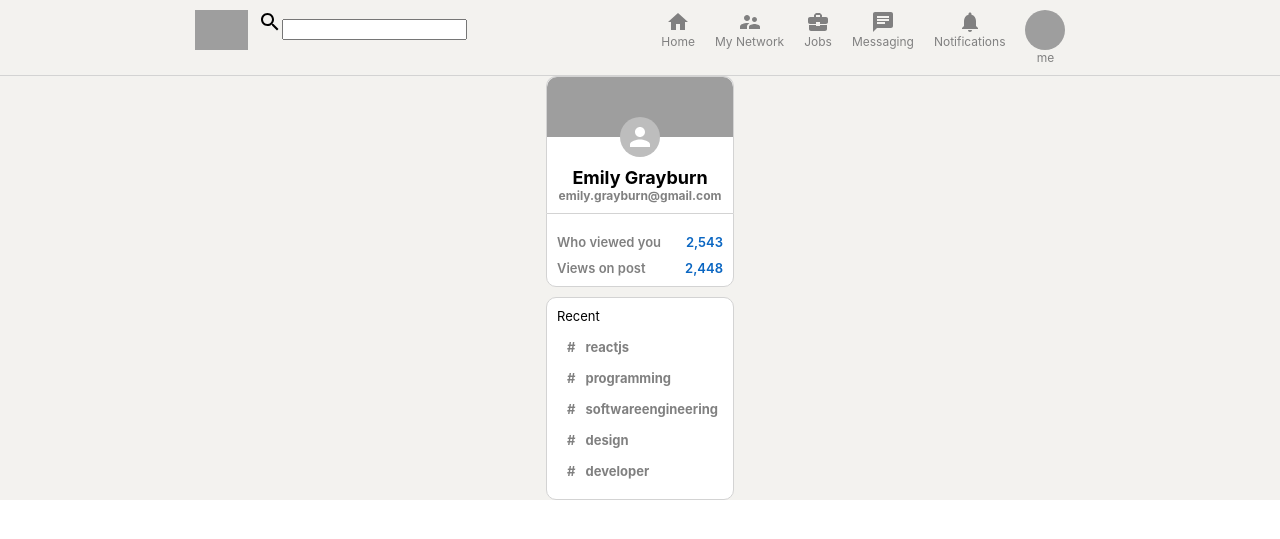
Repository: MEROO1010/linkedIn-clone-
Page: /
These files come from the project's save history. The page is drawn as it stood at one moment and after the next save; the edit follows.
The browser window is 1280 px wide. The pictures show the whole page.
Pictures or frames that could not be fetched are drawn as grey boxes. The project was rebuilt for these pictures with package versions that can differ from the ones it lists, and the page was loaded fresh each time.

Above is the page before, as saved 2023-12-02 10:50:23.

After the next save:
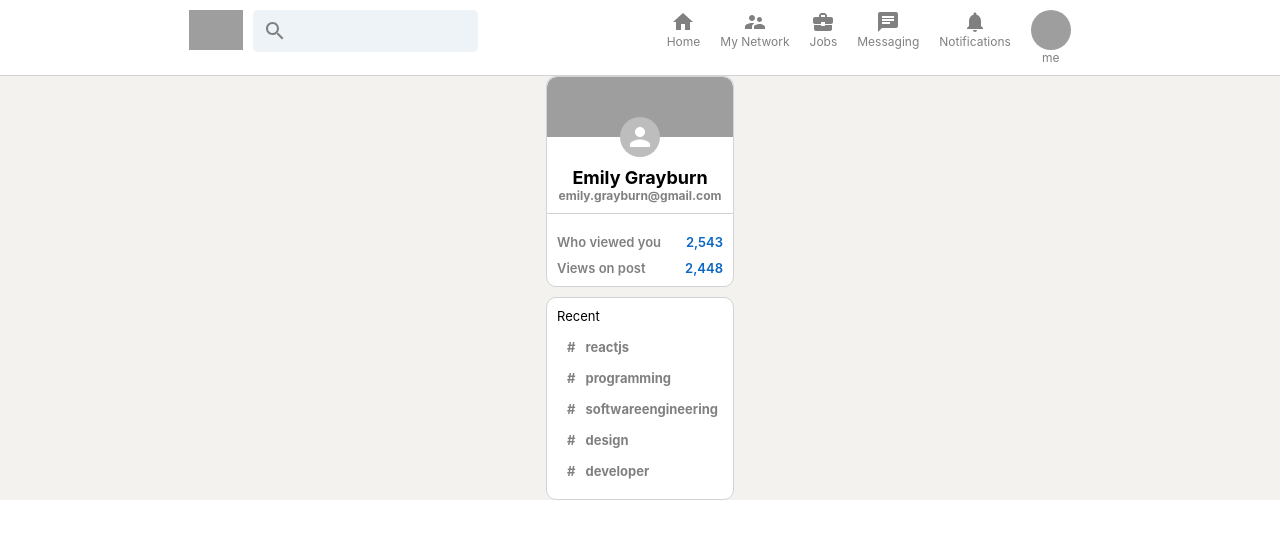
Saved 22 s later.
--- a/src/Header.css
+++ b/src/Header.css
@@ -1,39 +1,40 @@
 .header {
- position: sticky;
- top:0;
- display: flex;
- justify-content: space-evenly;
- border-bottom: 0.1px solid lightgray;
- padding-top:10px ;
- padding-bottom: 10px;
- width: 100%;
- z-index:999;
+    position: sticky;
+    top: 0;
+    display: flex;
+    background-color: white;
+    justify-content: space-evenly;
+    border-bottom: 0.1px solid lightgray;
+    padding-top: 10px;
+    padding-bottom: 10px;
+    width: 100%;
+    z-index: 999;
 }
 
 .header__left {
     display: flex;
 }
 
-.header__left >img {
+.header__left > img {
     object-fit: contain;
     height: 40px;
     margin-right: 10px;
 }
 
-.header__search {
-    padding: 10px;
-    display:flex;
-    align-items: center;
-    border-radius: 5px;
-    height:22px;
-    color: gray ;
-    background-color: #eef3f8;
+.header_search {
+  padding: 10px;
+  display: flex;
+  align-items: center;
+  border-radius: 5px;
+  height: 22px;
+  color: gray;
+  background-color: #eef3f8
 }
 
-.header__search > input {
-    outline: none;
-    border: none;
-    background: none;
+.header_search > input {
+  outline: none;
+  border: none;
+  background: none;
 }
 
 .header__right {
